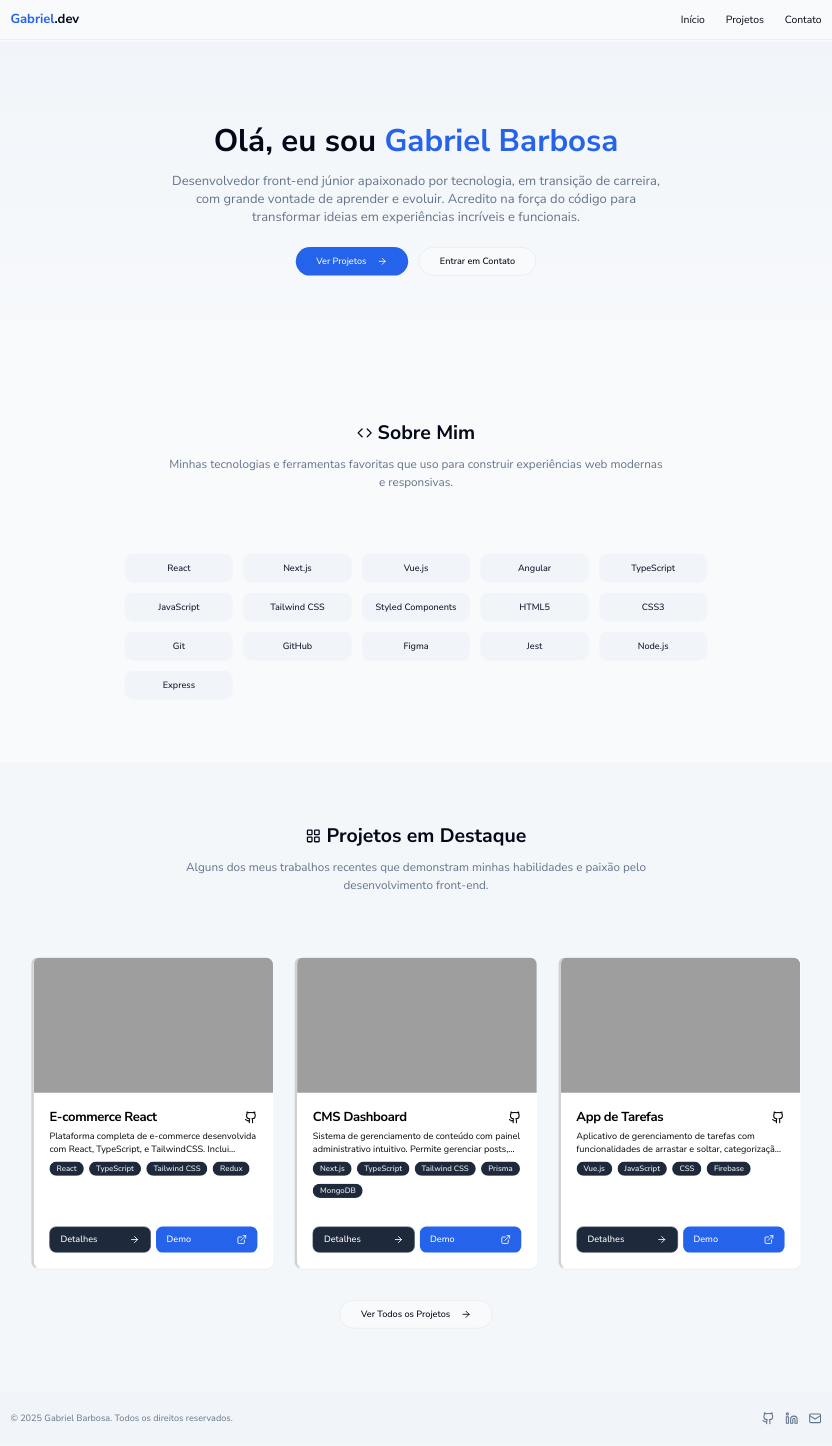
Repository: Biel-barbosa/portfolio-gabriel
Page: /
An editor plug-in stored every save of this project. The page is shown before and after the next save, followed by the edit.
The browser window is 1280 px wide. The pictures show the whole page, at 65% of full size.
Pictures or frames that could not be fetched are drawn as grey boxes. The project was rebuilt for these pictures with package versions that can differ from the ones it lists, and the page was loaded fresh each time. Also part of the build but not shown: vite.config.ts, src/components/ui/tooltip.tsx, src/pages/Projects.tsx, src/pages/ProjectDetail.tsx, src/pages/Contact.tsx, src/pages/NotFound.tsx.

Above is the page before, as saved 2025-05-21 13:27:01.

After the next save:
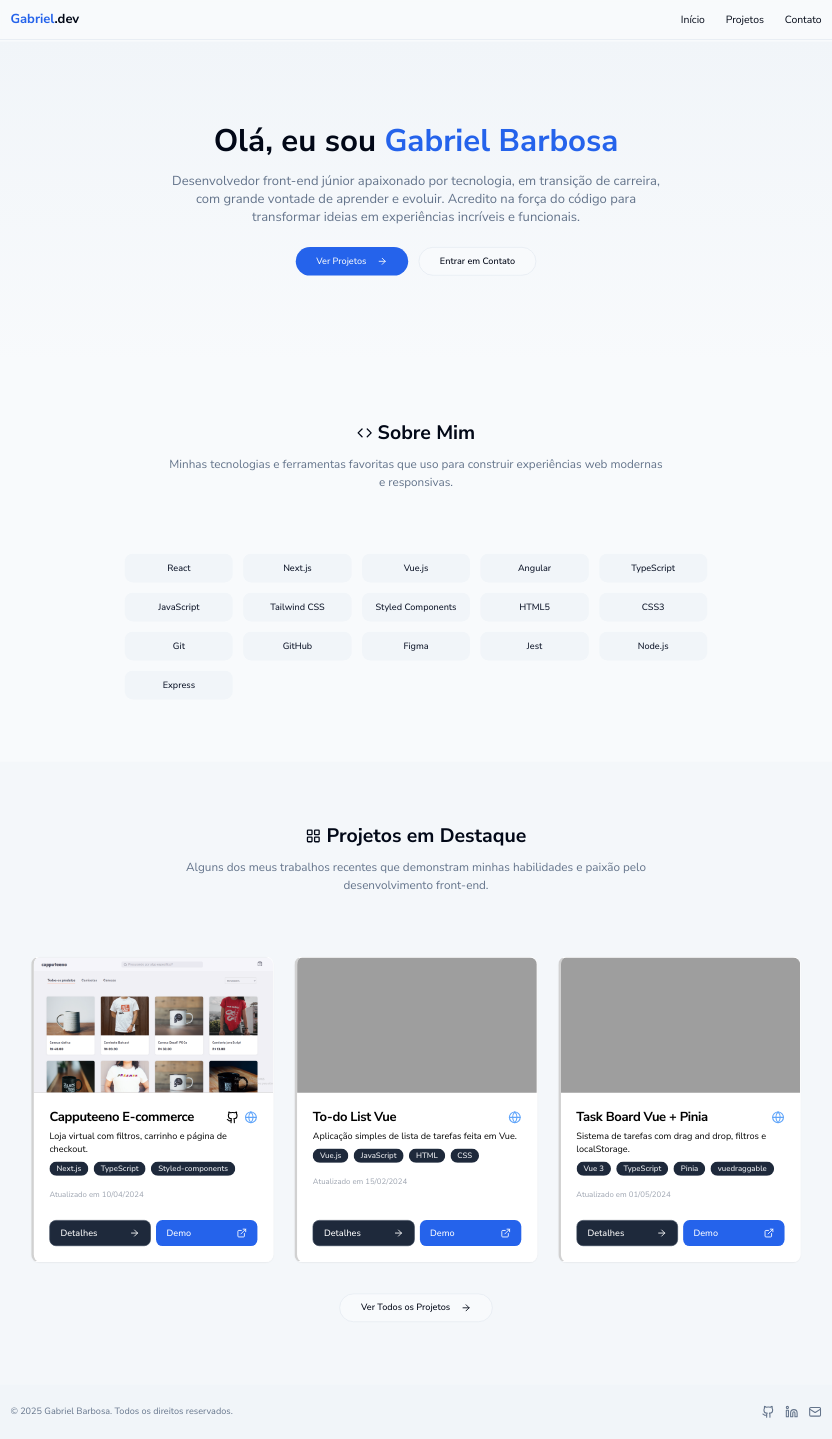
Saved 23 s later.
--- a/src/pages/Index.tsx
+++ b/src/pages/Index.tsx
@@ -121,7 +121,7 @@ const Index = () => {
             </div>
 
             <div className="grid md:grid-cols-2 lg:grid-cols-3 gap-8">
-              {featuredProjects.map((project) => (
+              {projetosManuais.map((project) => (
                 <ProjectCard key={project.id} project={project} featured />
               ))}
             </div>
